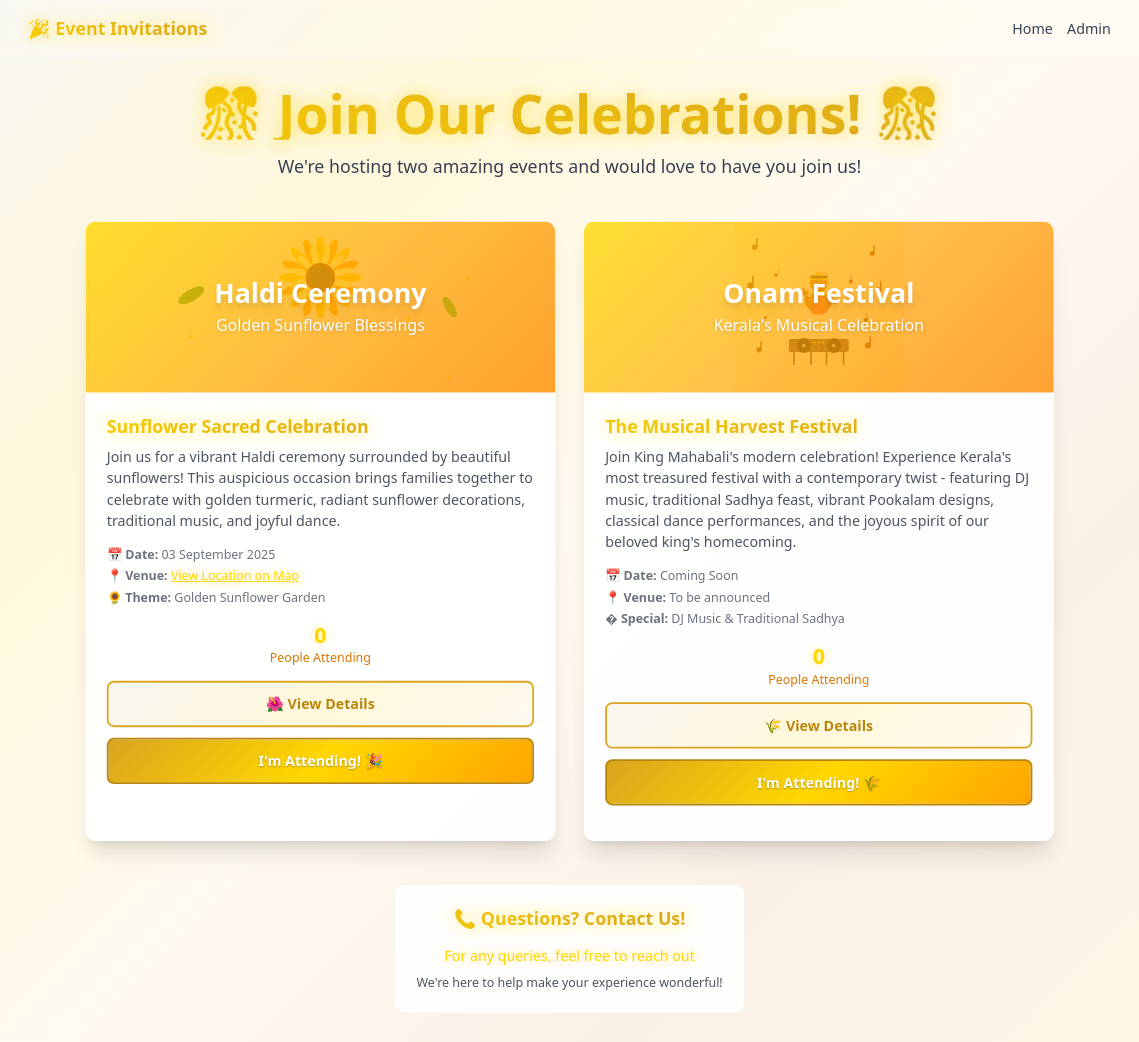
Repository: nanduldas/invitation
Page: http://localhost/
An editor plug-in stored every save of this project. The page is shown before and after the next save, followed by the edit.
The browser window is 1280 px wide. The pictures show the whole page, at 89% of full size.
Some web libraries are served in a nearby version. The page is served by the project's Laravel application, run on PHP 8.4 with Laravel 12. Queries for data that is not in the repository find no rows.

Above is the page before, as saved 2025-08-30 14:01:11.

After the next save:
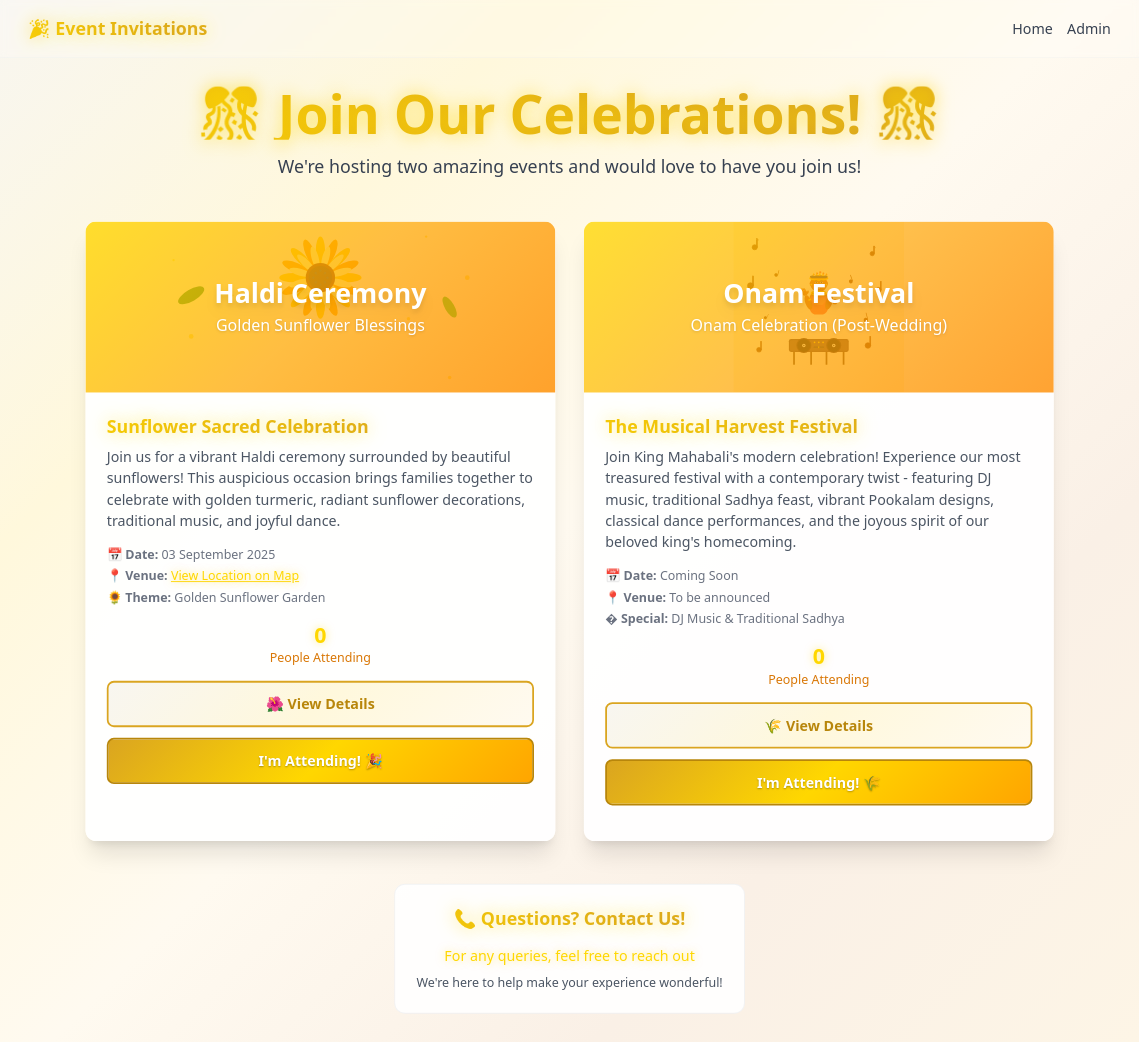
Saved 4 min 26 s later.
--- a/resources/views/events/index.blade.php
+++ b/resources/views/events/index.blade.php
@@ -63,7 +63,7 @@
                 <div class="onam-overlay h-full flex items-center justify-center">
                     <div class="text-center text-white">
                         <h2 class="text-3xl font-bold drop-shadow-lg">Onam Festival</h2>
-                        <p class="text-lg mt-1 drop-shadow">Kerala's Musical Celebration</p>
+                        <p class="text-lg mt-1 drop-shadow">Onam Celebration (Post-Wedding)</p>
                     </div>
                 </div>
             </div>
@@ -71,7 +71,7 @@
                 <div class="mb-4">
                     <h3 class="text-xl font-semibold text-gold-shining mb-2">The Musical Harvest Festival</h3>
                     <p class="text-gray-600 mb-4">
-                        Join King Mahabali's modern celebration! Experience Kerala's most treasured festival with
+                        Join King Mahabali's modern celebration! Experience our most treasured festival with
                         a contemporary twist - featuring DJ music, traditional Sadhya feast, vibrant Pookalam designs,
                         classical dance performances, and the joyous spirit of our beloved king's homecoming.
                     </p>
